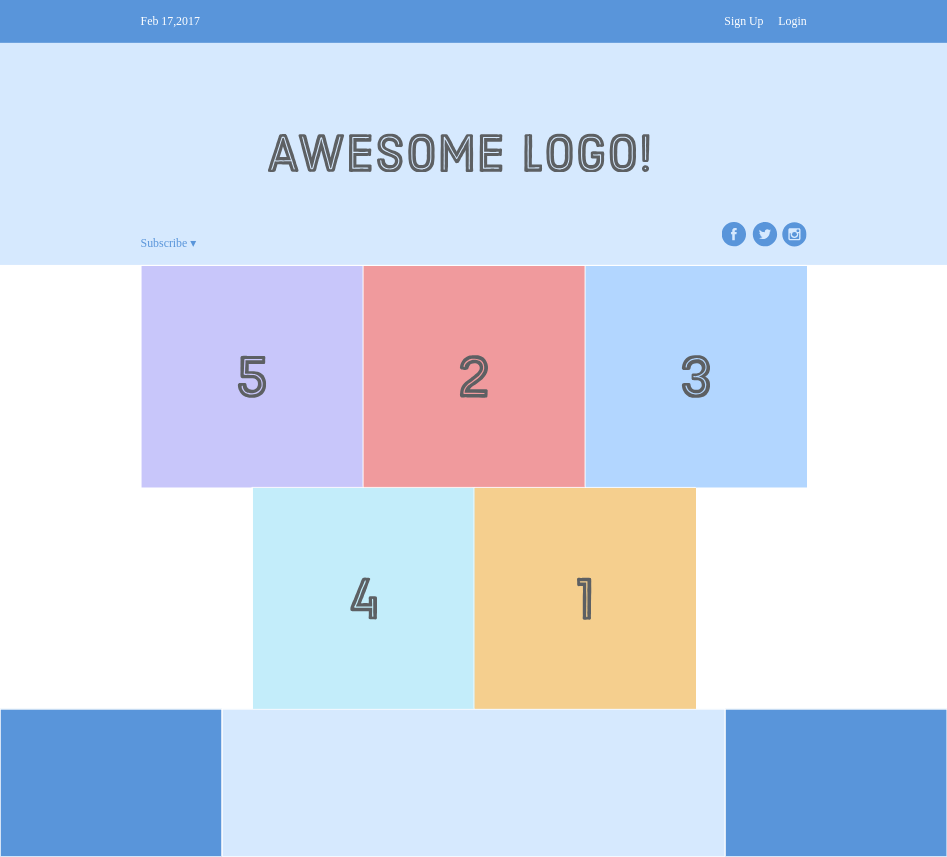
Repository: arkomz/INST377-Lab-Work
Page: client/lab_3/index.html
An editor plug-in stored every save of this project. The page is shown before and after the next save, followed by the edit.
The browser window is 1280 px wide. The pictures show the whole page, at 74% of full size.

Above is the page before, as saved 2021-09-17 12:59:38.

After the next save:
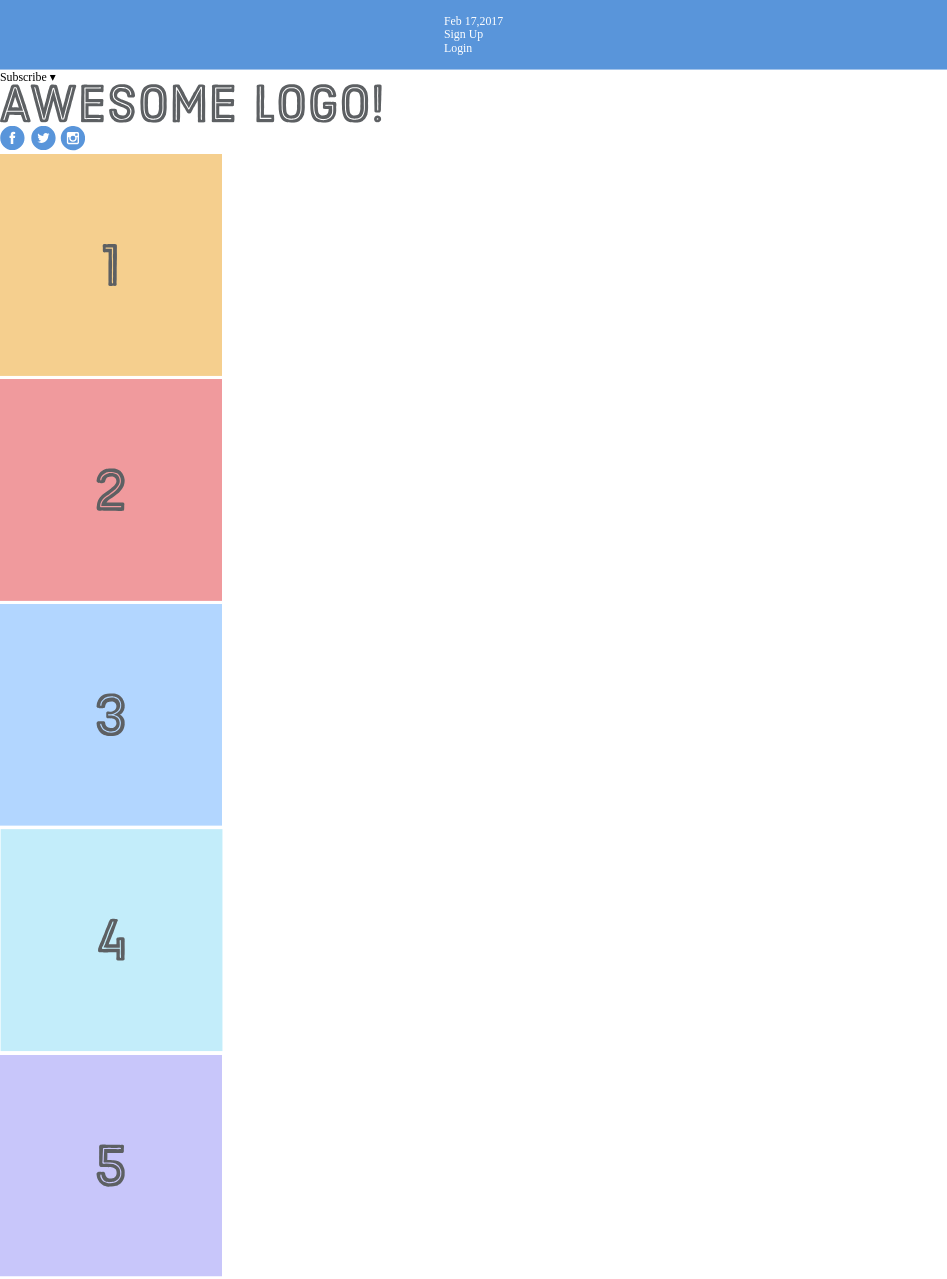
Saved 119 s later.
--- a/client/lab_3/styles.css
+++ b/client/lab_3/styles.css
@@ -11,96 +11,3 @@
     display: flex;
     justify-content: center;
   }
-
-  .menu {
-    //border: 1px solid #fff;  /* For debugging */
-    width: 900px;
-    display: flex;
-    justify-content: space-between;
-  }
-
-  .links {
-    //border: 1px solid #fff;  /* For debugging */
-    display: flex;
-    justify-content: flex-end;
-  }
-
-  .login {
-    margin-left: 20px;
-  }
-
-  .header-container {
-    color: #5995DA;
-    background-color: #D6E9FE;
-    display: flex;
-    justify-content: center;
-  }
-
-  .header {
-    width: 900px;
-    height: 300px;
-    display: flex;
-    justify-content: space-between;
-    align-items: center;
-  }
-
-  .photo-grid-container {
-    display: flex;
-    justify-content: center;
-  }
-
-  .photo-grid {
-    width: 900px;
-    display: flex;
-    justify-content: center;
-    flex-wrap: wrap;
-    flex-direction: row;
-    align-items: center;
-  }
-
-  .photo-grid-item {
-    border: 1px solid #fff;
-    width: 300px;
-    height: 300px;
-  }
-
-  .first-item {
-    order: 1;
-  }
-
-  .last-item {
-    order: -1;
-  }
-
-  .social,
-  .subscribe {
-    align-self: flex-end;
-    margin-bottom: 20px;
-    }
-
-    .footer {
-    display: flex;
-    justify-content: space-between;
-  }
-
-  .footer-item {
-    border: 1px solid #fff;
-    background-color: #D6E9FE;
-    height: 200px;
-    flex: 1;
-  }
-
-  .footer-three {
-    flex: 2;
-  }
-
-  .footer-one,
-  .footer-three {
-    background-color: #5995DA;
-    flex: initial;
-    width: 300px;
-  }
-
-  .signup {
-    margin-left: auto;
-  }
